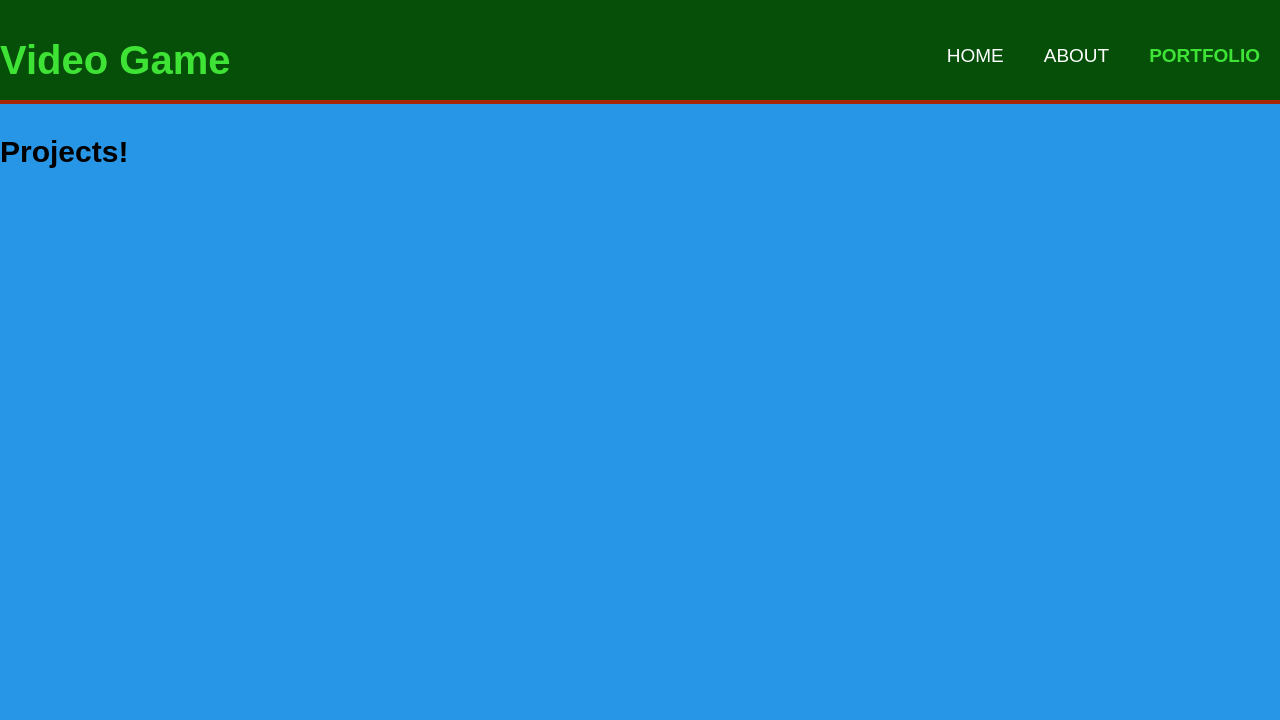
Repository: AndreeBroG/AndreeBroG.github.io
Page: Portfolio.html
The author's editor kept a record of every edit. The page is drawn from the files as they stood at one moment, then again after the next edit.
The browser window is 1280 px wide. The pictures show the whole page.

Above is the page before.

After the next edit:
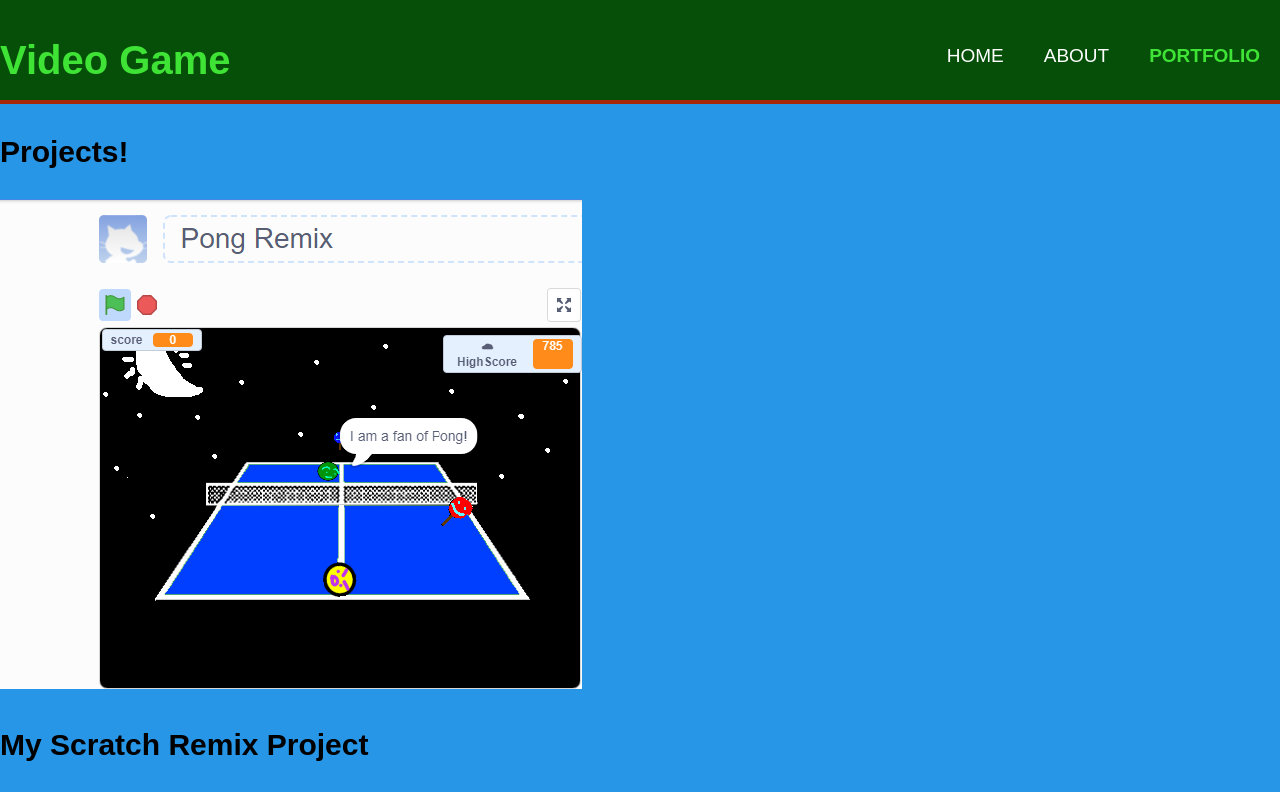
The edit:
--- a/Portfolio.html
+++ b/Portfolio.html
@@ -27,7 +27,8 @@
                 <div class="container">
 
               <div class="sideright"></div>
-              <a href="https://scratch.mit.edu/projects/327360971/"></a>
+              <a href="https://scratch.mit.edu/projects/327360971/"><img src="./Scratch.png"></a>
+              <h2> My Scratch Remix Project</h2>
                 </div>
             </section>
      </body>
